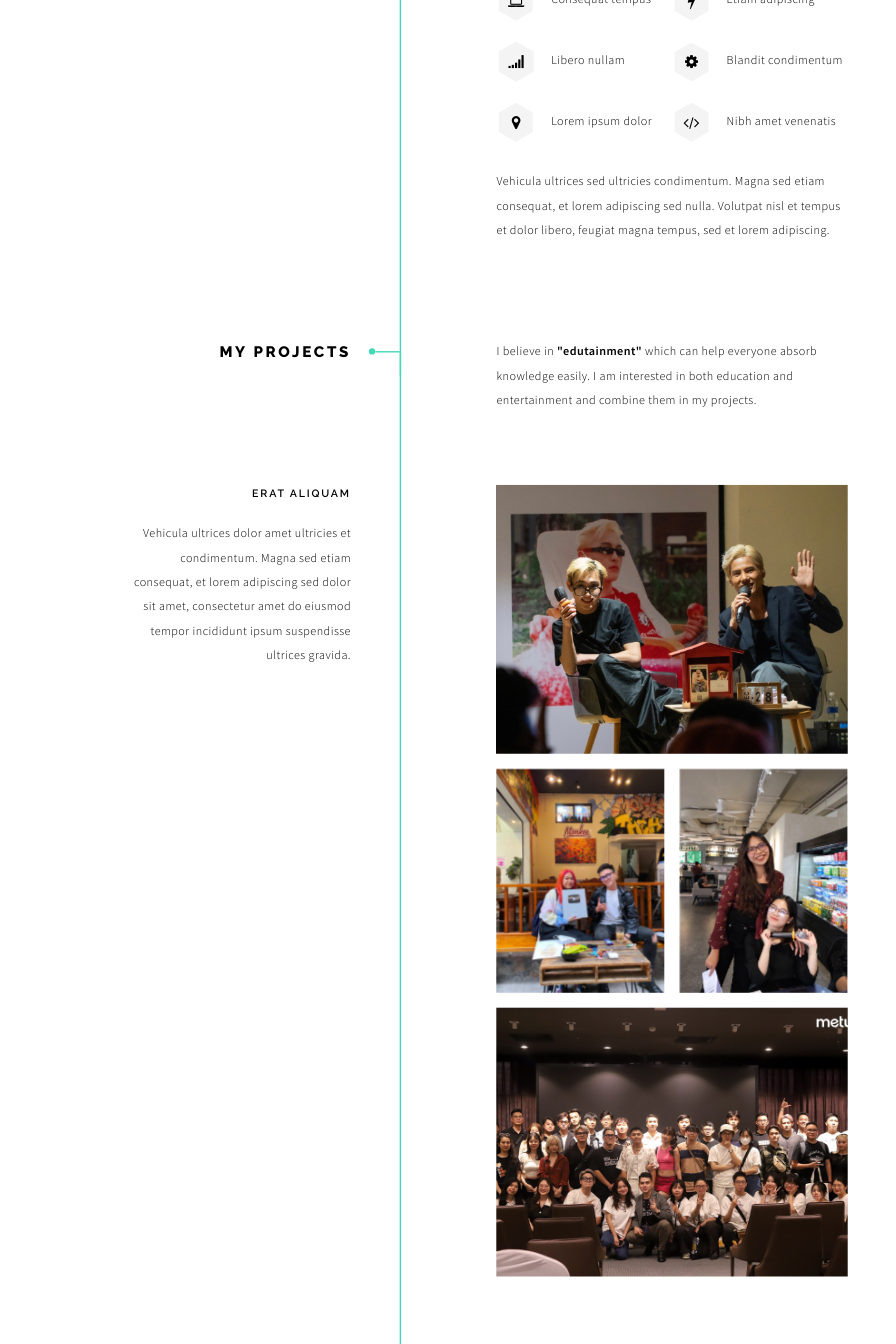
Repository: leonardin999/linh-porfolios
Page: index.html
The author's editor kept a copy of each file at every save. The page is drawn from the files as they stood at one save, then again after the next save.
The browser window is 1280 px wide. The pictures show the part of the page from y = 3052 to 4972 px (the page is 7878 px tall), at 70% of full size.

Above is the page before, as saved 2023-01-24 20:23:15.

After the next save:
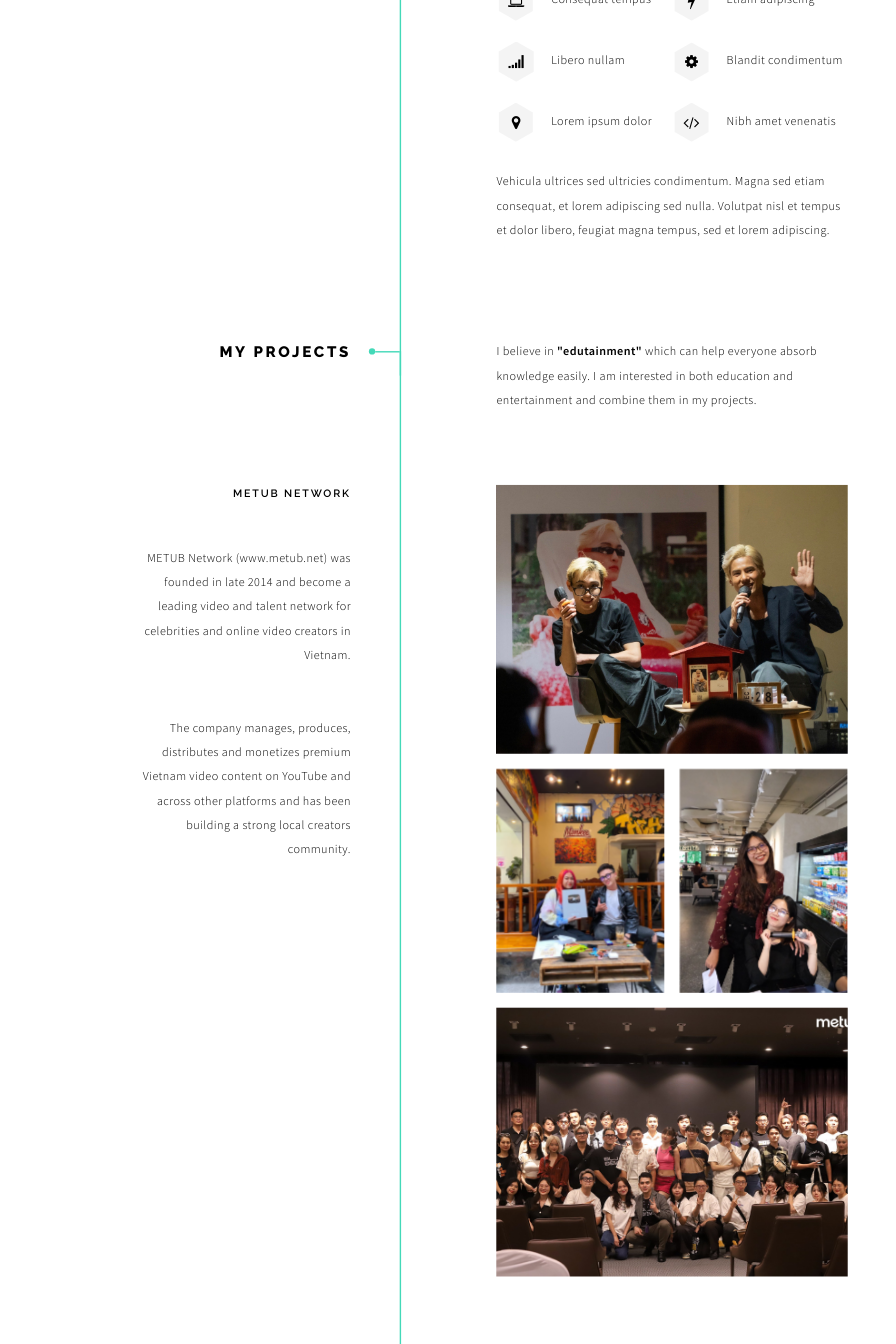
Saved 15 min 39 s later.
--- a/index.html
+++ b/index.html
@@ -129,12 +129,10 @@
           <!-- Section -->
           <section>
             <header>
-              <h3>Erat aliquam</h3>
+              <h3>metub  network</h3>
               <p>
-                Vehicula ultrices dolor amet ultricies et condimentum. Magna sed
-                etiam consequat, et lorem adipiscing sed dolor sit amet,
-                consectetur amet do eiusmod tempor incididunt ipsum suspendisse
-                ultrices gravida.
+                <br>METUB Network (www.metub.net) was founded in late 2014 and become a leading video and talent network for celebrities and online video creators in Vietnam.</p>
+                <br>The company manages, produces, distributes and monetizes premium Vietnam video content on YouTube and across other platforms and has been building a strong local creators community.</br>
               </p>
             </header>
             <div class="content">
